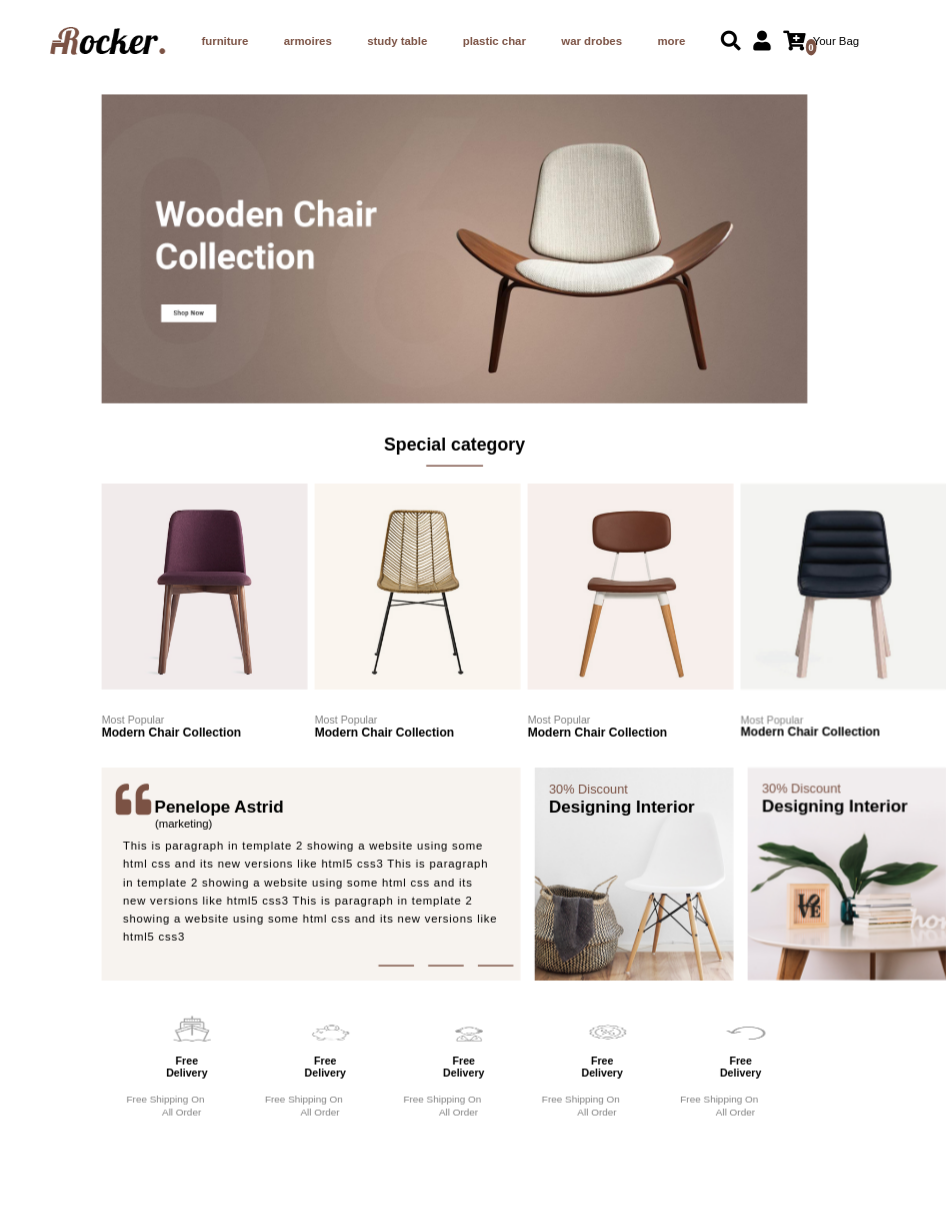
Repository: Ahmed123rezk123/p2-template
Page: index.html
An editor plug-in stored every save of this project. The page is shown before and after a run of saves, followed by the edit.
The browser window is 1280 px wide. The page is 1333 px wide, so the pictures cover 1333 px, including what lies to the right of the window. The pictures show the whole page, at 71% of full size.

Above is the page before, as saved 2024-01-24 23:16:38.

After the next 3 saves:
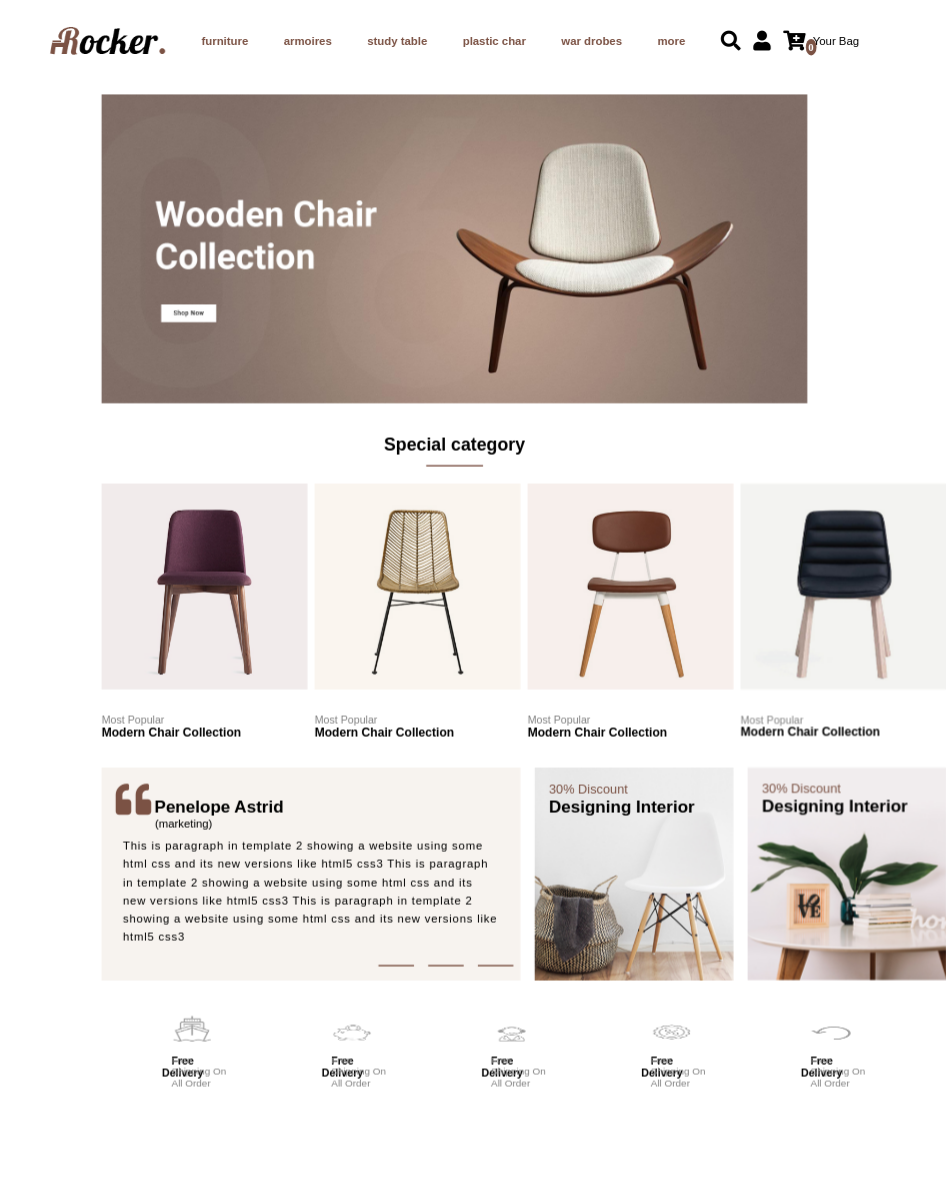
The 3 saves are shown as one change because they came seconds apart.
The last was saved 24 s later.
--- a/css/style.css
+++ b/css/style.css
@@ -359,8 +359,8 @@ left: 260px;
     .section2 .container .parent1 .parent2 .div3-1 .content-div3 ,
     .section2 .container .parent1 .parent2 .div4-1 .content-div4 ,
     .section2 .container .parent1 .parent2 .div5-1 .content-div5   {
-
-        width: fit-content;
+        display: flex;
+        width: 100px;
          margin-top: -30px;
          margin-left: -15px;
 
@@ -373,17 +373,16 @@ left: 260px;
     .section2 .container .parent1 .parent2 .div5-1 h3 {
         font-size: 15px;
         text-align: center;
-        margin-bottom: 20px;
+        margin-bottom: 5px;
     }
     .section2 .container .parent1 .parent2 .div1-1 span ,
     .section2 .container .parent1 .parent2 .div2-1 span ,
     .section2 .container .parent1 .parent2 .div3-1 span  ,
     .section2 .container .parent1 .parent2 .div4-1 span ,
     .section2 .container .parent1 .parent2 .div5-1 span  {
-        margin-left: -50px;
+        margin-left: -45px;
         color: gray;
         font-size: 14px;
-
     }
     .section2 .container .parent1 .parent2 img {
 
